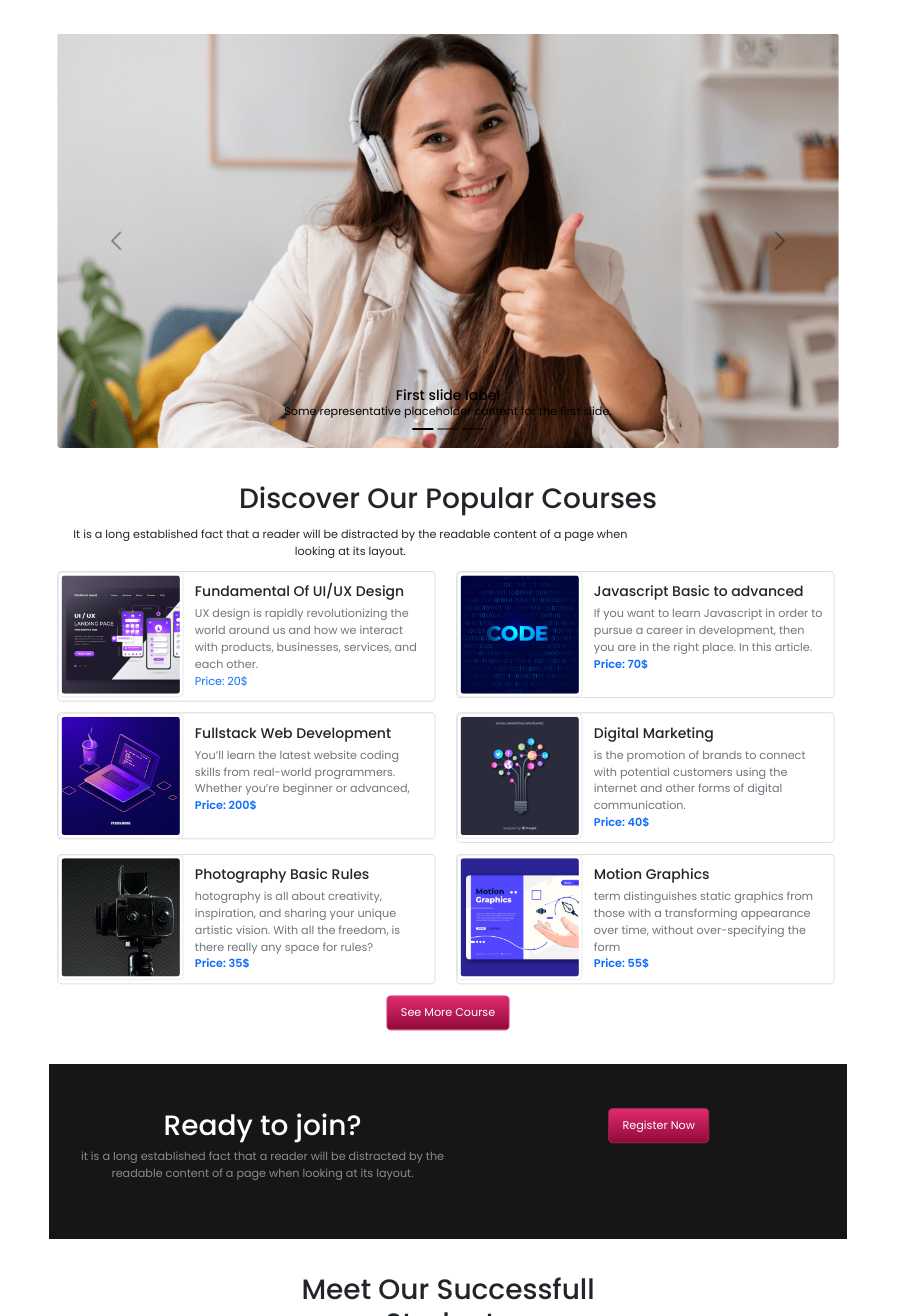
Repository: mdrubel02/Guru-Developer
Page: index.html
The author's editor kept a copy of each file at every save. The page is drawn from the files as they stood at one save, then again after the next save.
The browser window is 1280 px wide. The page is 1292 px wide, so the pictures cover 1292 px, including what lies to the right of the window. The pictures show the part of the page from y = 0 to 1880 px (the page is 3392 px tall), at 70% of full size.
Some web libraries are served in a nearby version.

Above is the page before, as saved 2022-07-28 13:16:53.

After the next save:
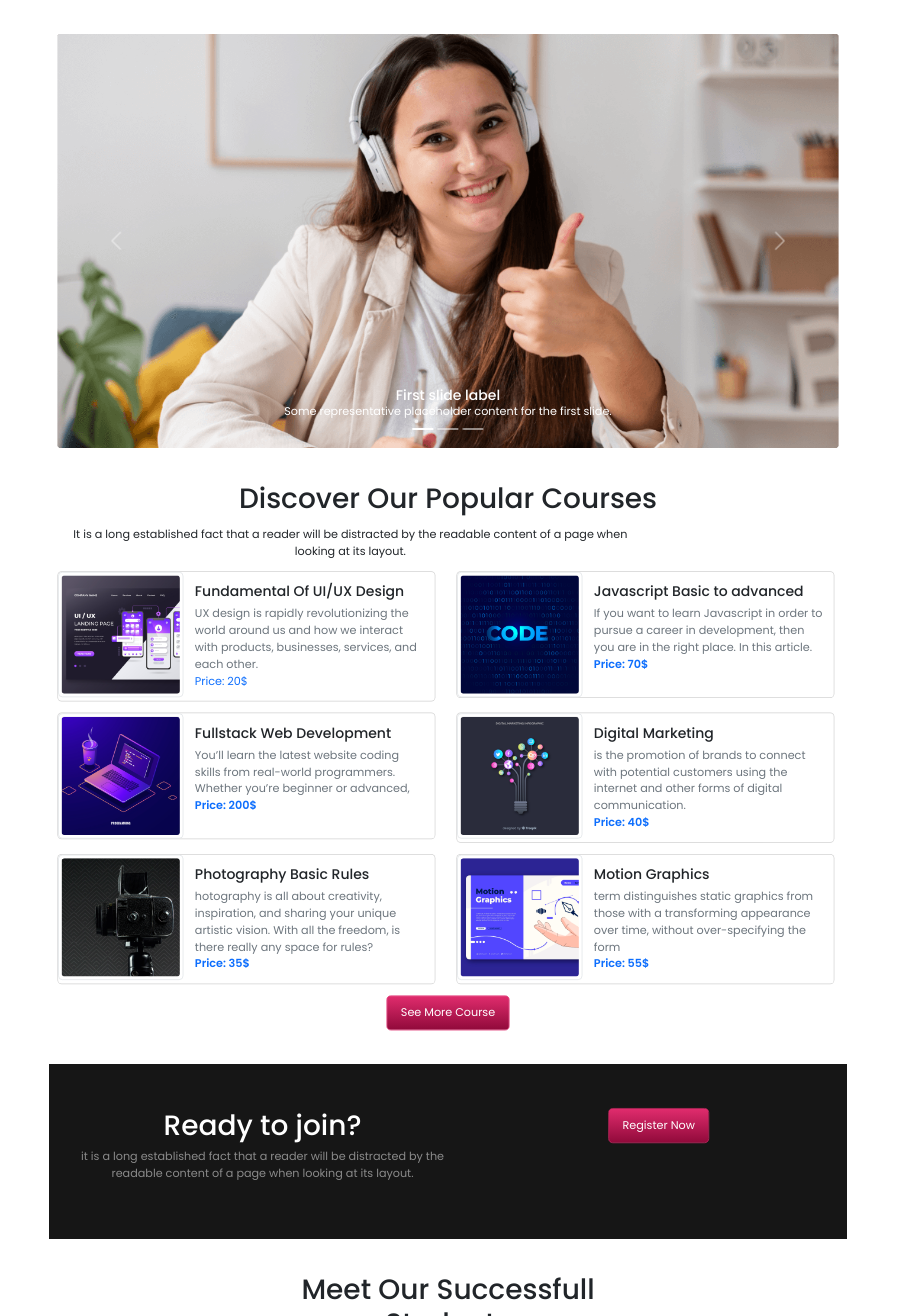
Saved 2 min 19 s later.
--- a/index.html
+++ b/index.html
@@ -21,7 +21,7 @@
     <!-- Header section -->
     <!------------banner section------------- -->
     <section class="container my-5">
-        <div id="carouselExampleDark" class="carousel carousel-dark slide" data-bs-ride="carousel">
+        <div id="carouselExampleDark" class="carousel slide" data-bs-ride="carousel">
             <div class="carousel-indicators">
                 <button type="button" data-bs-target="#carouselExampleDark" data-bs-slide-to="0" class="active"
                     aria-current="true" aria-label="Slide 1"></button>
